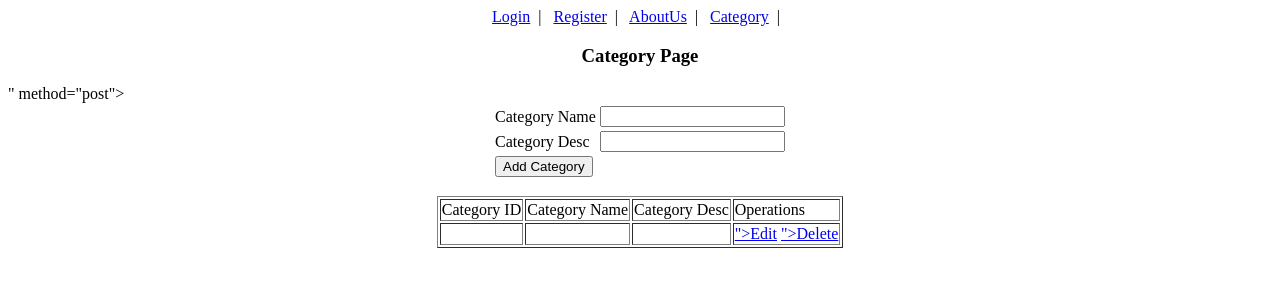
Repository: ramizkhan037/Java-Project
Page: http://localhost/Frontend/WEB-INF/views/Category.jsp
The author's editor kept a copy of each file at every save. The page is drawn from the files as they stood at one save, then again after the next save.
The browser window is 1280 px wide. The pictures show the whole page.
The page is served by Tomcat 9. Nobody is signed in. The template is opened directly, without the code that normally fills it, so the values that code supplies are empty.

Above is the page before, as saved 2018-11-29 08:10:48.

After the next save:
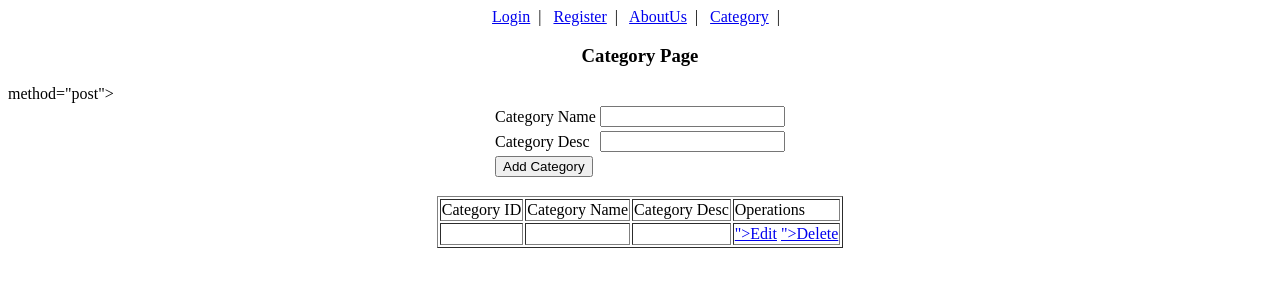
Saved 8 min 18 s later.
--- a/Frontend/src/main/webapp/WEB-INF/views/Category.jsp
+++ b/Frontend/src/main/webapp/WEB-INF/views/Category.jsp
@@ -5,7 +5,7 @@
 
 <h3 align="center">Category Page</h3>
 
-<form action="<c:url value="/addCategory"/>" method="post">
+<form action="<c:url value="/addCategory"/> method="post">
 
 <table align="center">
 	<tr>
